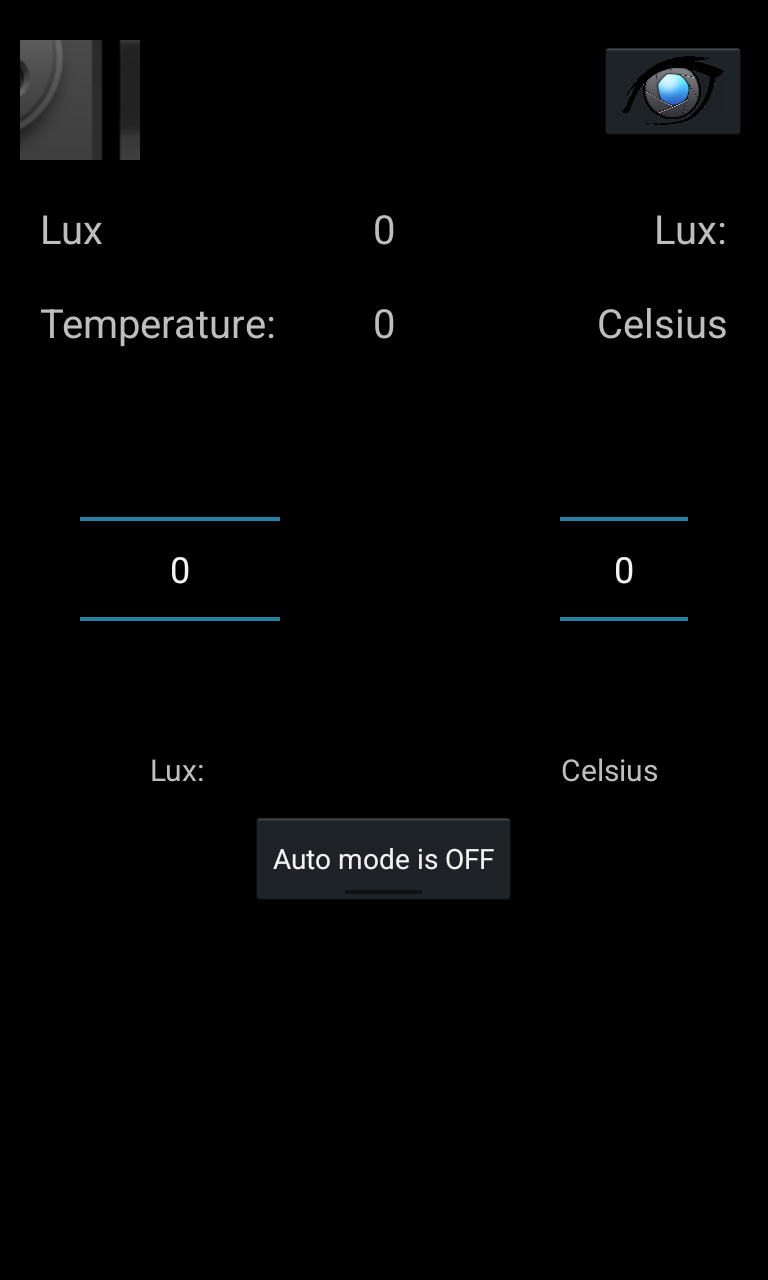
Repository: deanzaka/Shroom_IOIO_OpenCV
Layout: samples/IOIOSimpleApp/res/layout/main.xml
These files come from the project's save history. The layout is drawn as it stood at one moment and after the next save; the edit follows.
It is drawn on a 768 x 1280 px phone screen (xhdpi) without system bars, with theme android:Theme.Holo; the app's code is not run.

Above is the layout before, as saved 2014-06-04 09:55:42.

### samples/IOIOSimpleApp/res/layout/main.xml
<?xml version="1.0" encoding="utf-8"?>
<LinearLayout xmlns:android="http://schemas.android.com/apk/res/android"
    android:orientation="vertical"
    android:layout_width="fill_parent"
    android:layout_height="fill_parent"
    android:background="#00000000">

    <RelativeLayout
        android:layout_width="match_parent"
        android:layout_height="wrap_content"
        android:orientation="horizontal"
        android:paddingTop="10dp">

        <ImageButton
            android:src="@drawable/camera"
            android:id="@+id/CameraButton"
            android:layout_width="wrap_content"
            android:layout_height="wrap_content"
            android:layout_margin="10dp"
            android:layout_alignParentRight="true"
            android:maxWidth="75dp"
  			android:maxHeight="75dp"
  			android:scaleType="fitCenter"
            android:adjustViewBounds="true"
            android:onClick="ColorBlobSetup"
            />

        <ImageButton
		    android:id="@+id/panel"
		    android:src="@drawable/panel"
		    android:layout_height="60dp"
		    android:layout_width="60dp"
		    android:layout_marginTop="10dp"
		    android:layout_marginLeft="10dp"
		    android:layout_alignParentLeft="true"
		    android:onClick="menuAct"
		    />

    </RelativeLayout>

	<RelativeLayout
		android:layout_width="match_parent"
		android:layout_height="wrap_content"
		android:orientation="horizontal"
		android:paddingTop="20dp">
		<TextView
			android:text="@string/inte_label"
			android:layout_width="wrap_content"
			android:layout_height="wrap_content"
			android:layout_alignParentLeft="true"
			android:paddingLeft="20dp"
			android:textSize="20sp"
			/>

		<TextView
		    android:id="@+id/LuxValue"
		    android:layout_width="wrap_content"
		    android:layout_height="wrap_content"
		    android:layout_centerHorizontal="true"
		    android:text="0"
		    android:textSize="20sp" />

		<TextView
			android:text="@string/lux_label"
			android:layout_width="wrap_content"
			android:layout_height="wrap_content"
			android:layout_alignParentRight="true"
			android:paddingRight="20dp"
			android:textSize="20sp"
			/>
	</RelativeLayout>

	<RelativeLayout
		android:layout_width="wrap_content"
		android:layout_height="wrap_content"
		android:orientation="horizontal"
		android:paddingTop="20dp">
		<TextView
			android:text="@string/temp_label"
			android:layout_width="wrap_content"
			android:layout_height="wrap_content"
			android:paddingLeft="20dp"
			android:layout_alignParentLeft="true"
			android:textSize="20sp"
			/>
		<TextView
			android:id="@+id/TempValue"
			android:text="0"
			android:layout_width="wrap_content"
			android:layout_height="wrap_content"
			android:layout_centerHorizontal="true"
			android:textSize="20sp"
			/>
		<TextView
			android:text="@string/cel_label"
			android:layout_width="wrap_content"
			android:layout_height="wrap_content"
			android:paddingRight="20dp"
			android:layout_alignParentRight="true"
			android:textSize="20sp"
			/>
	</RelativeLayout>

	<RelativeLayout
	    android:layout_width="fill_parent"
		android:layout_height="wrap_content"
		android:orientation="horizontal"
		android:gravity="center_horizontal"
		android:paddingTop="20dp">

		<NumberPicker
		    android:id="@+id/userLux"
		    android:layout_width="100dp"
		    android:layout_height="wrap_content"
		    android:layout_alignParentLeft="true"
		    android:layout_marginLeft="40dp"/>

		<NumberPicker
		    android:id="@+id/userTemp"
		    android:layout_width="wrap_content"
		    android:layout_height="wrap_content"
		    android:layout_alignParentRight="true"
		    android:layout_marginRight="40dp"/>

	</RelativeLayout>

	<RelativeLayout
	    android:layout_width="fill_parent"
		android:layout_height="wrap_content"
		android:orientation="horizontal"
		android:gravity="center_horizontal">

		<TextView
		    android:text="@string/lux_label"
		    android:layout_width="wrap_content"
		    android:layout_height="wrap_content"
		    android:layout_alignParentLeft="true"
		    android:layout_marginLeft="75dp"
		    android:textSize="15sp"/>

		<TextView
		    android:text="@string/cel_label"
		    android:layout_width="wrap_content"
		    android:layout_height="wrap_content"
		    android:layout_alignParentRight="true"
		    android:layout_marginRight="55dp"
		    android:textSize="15sp"/>

	</RelativeLayout>

	<ToggleButton
			android:id="@+id/ToggleAuto"
			android:layout_width="wrap_content"
			android:layout_height="wrap_content"
			android:layout_margin="10dp"
			android:textOff="Auto mode is OFF"
			android:textOn="Auto mode is ON"
			android:layout_gravity="center_horizontal"
			/>
</LinearLayout>

### samples/IOIOSimpleApp/res/values/strings.xml
<?xml version="1.0" encoding="utf-8"?>
<resources>

    <string name="app_name">Shroom</string>
    <string name="lux_label">Lux:</string>
    <string name="cel_label">Celsius</string>
    <string name="temp_label">Temperature:</string>
    <string name="inte_label">Lux</string>
    <string name="IR_label">IR</string>
    <string name="title_activity_menu">Shroom</string>
    <string name="seekbar_label">Move to unlock panel</string>
    <string name="action_settings">Settings</string>
    <string name="hello_world">Hello world!</string>
    <string name="setup_label">Choose button to setup color codes</string>
    <string name="setup_title">setup Color Codes</string>

</resources>

After the next save:
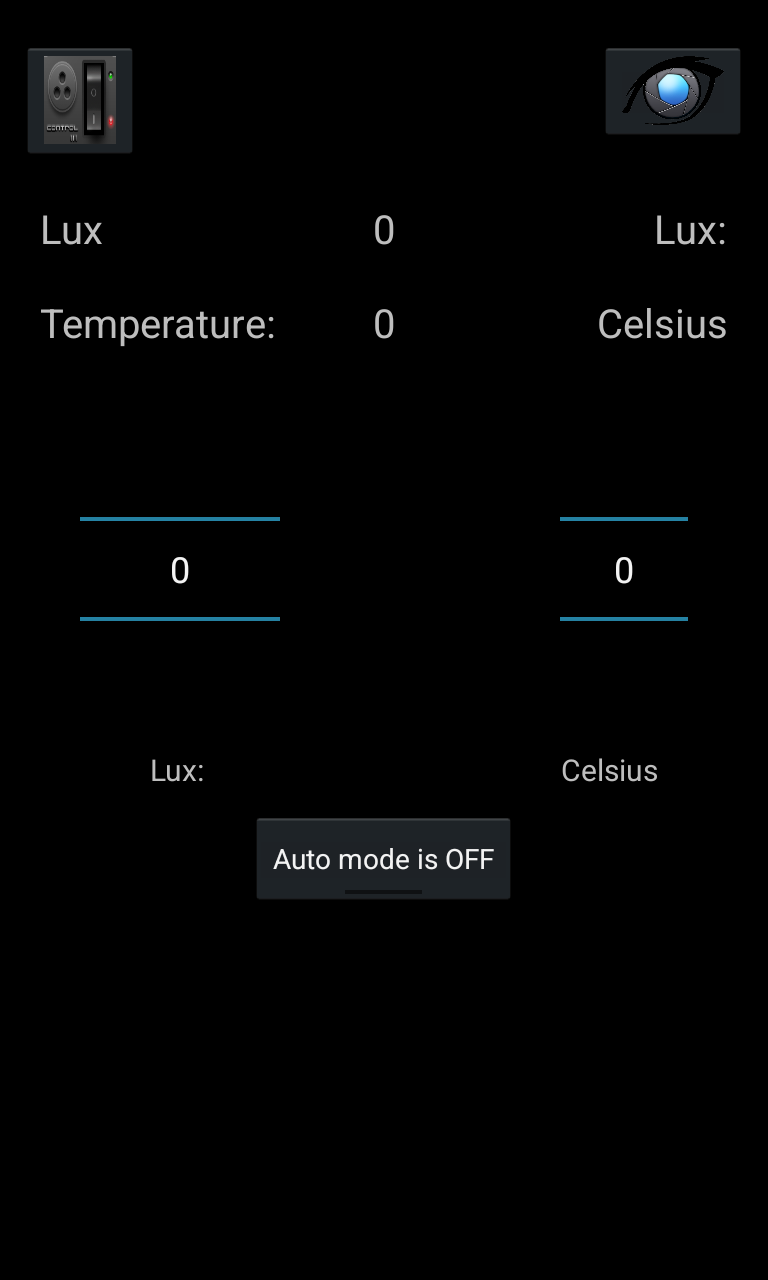
Saved 38 s later.
--- a/samples/IOIOSimpleApp/res/layout/main.xml
+++ b/samples/IOIOSimpleApp/res/layout/main.xml
@@ -32,6 +32,7 @@
 		    android:layout_width="60dp"
 		    android:layout_marginTop="10dp"
 		    android:layout_marginLeft="10dp"
+		    android:scaleType="fitXY"
 		    android:layout_alignParentLeft="true"
 		    android:onClick="menuAct"
 		    />
